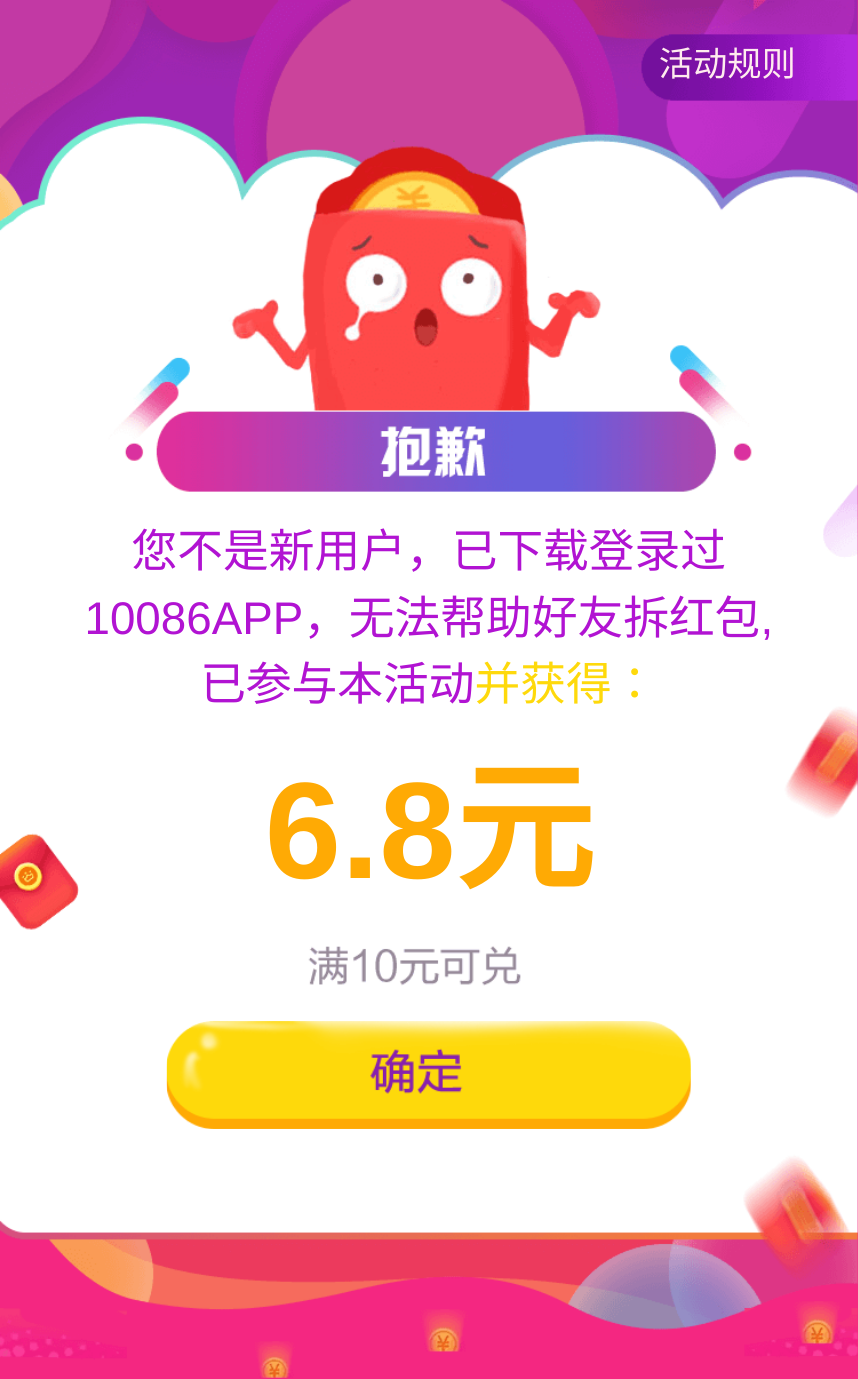
Repository: wangbiaozy/hb
Page: index_fail.html
An editor plug-in stored every save of this project. The page is shown before and after the next save, followed by the edit.
The browser window is 1280 px wide. The pictures show the whole page, at 67% of full size.

Above is the page before, as saved 2018-08-17 11:11:41.

### index_fail.html
<!DOCTYPE html>
<html lang="en">
<head>
        <meta charset="UTF-8">
        <meta name="viewport" content="width=device-width, initial-scale=1.0, maximum-scale=1.0, minimum-scale=1.0, user-scalable=no">
        <meta http-equiv="X-UA-Compatible" content="ie=edge">
        <title>Document</title>
        <link rel="stylesheet" href="css/reset.min.css">
        <link rel="stylesheet/less" href="css/styles_2.less">
        <script src="js/less-1.7.0.min.js"></script>
</head>
<body>
    <section class="main">
        <a id="rule_btn" href="javascript:void(0)">活动规则</a>
        <p>您不是新用户，已下载登录过10086APP，无法帮助好友拆红包,已参与本活动<span>并获得：</span></p>
        <h2><span>6.8</span>元</h2>
        <a href=""></a>
    </section>


    <!-- 活动规则弹窗 -->
    <section class="rule">
        <a href="javascript:void(0)"></a>
        <ul>
            <li>1.活动期间，用户通过10086App开屏页，首页轮播图进入活动，领取10元的话费红包。自己可拆开随机金，剩余金额需分享并邀请好友帮忙拆开，每位可帮忙拆开随机金额，全部拆完即可兑换话费。</li>
            <li>2.邀请拆 红包的好友需为新注册10086App的用户，好友在活动页面输入邀请人的邀请码才能成功帮好友拆开红包，好友帮助拆开红包后同时可获得一个话费红包。</li>
            <li>3.用户需在当前红包全部拆完后，才可开启下一个红包。</li>
            <li>4.活动期间一经发现违规等恶意操作等作弊行为将取消获奖资格。</li>
            <li>5.活动期间，用户需持续下载并的登陆110086App，否则话费奖品无法发放。</li>
        </ul>
        <a href="javascript:void(0)"></a>
    </section>
    <!-- 遮罩层 -->
    <section class="mask" id="mask"></section>
</body>
</html>
<script src="js/jquery-1.10.1.min.js"></script>
<script src="js/index.js"></script>

### css/reset.min.css
@charset "utf-8";
/*默认样式清除和初始化*/
body,h1,h2,h3,h4,h5,h6,hr,p,blockquote,dl,dt,dd,ul,ol,li,button,input,textarea,th,td{margin:0;padding:0}body{font-size:12px;font-style:normal;font-family:"\5FAE\8F6F\96C5\9ED1",Helvetica,sans-serif}small{font-size:12px}h1{font-size:18px}h2{font-size:16px}h3{font-size:14px}h4,h5,h6{font-size:100%}ul,ol{list-style:none}a{text-decoration:none;background-color:transparent}a:hover,a:active{outline-width:0;text-decoration:none}table{border-collapse:collapse;border-spacing:0}hr{border:0;height:1px}img{border-style:none}img:not([src]){display:none}svg:not(:root){overflow:hidden}html{-webkit-touch-callout:none;-webkit-text-size-adjust:100%}input,textarea,button,a{-webkit-tap-highlight-color:rgba(0,0,0,0)}article,aside,details,figcaption,figure,footer,header,main,menu,nav,section,summary{display:block}audio,canvas,progress,video{display:inline-block}audio:not([controls]),video:not([controls]){display:none;height:0}progress{vertical-align:baseline}mark{background-color:#ff0;color:#000}sub,sup{position:relative;font-size:75%;line-height:0;vertical-align:baseline}sub{bottom:-0.25em}sup{top:-0.5em}button,input,select,textarea{font-size:100%;outline:0}button,input{overflow:visible}button,select{text-transform:none}textarea{overflow:auto}button,html [type="button"],[type="reset"],[type="submit"]{-webkit-appearance:button}button::-moz-focus-inner,[type="button"]::-moz-focus-inner,[type="reset"]::-moz-focus-inner,[type="submit"]::-moz-focus-inner{border-style:none;padding:0}button:-moz-focusring,[type="button"]:-moz-focusring,[type="reset"]:-moz-focusring,[type="submit"]:-moz-focusring{outline:1px dotted ButtonText}[type="checkbox"],[type="radio"]{box-sizing:border-box;padding:0}[type="number"]::-webkit-inner-spin-button,[type="number"]::-webkit-outer-spin-button{height:auto}[type="search"]{-webkit-appearance:textfield;outline-offset:-2px}[type="search"]::-webkit-search-cancel-button,[type="search"]::-webkit-search-decoration{-webkit-appearance:none}::-webkit-input-placeholder{color:inherit;opacity:.54}::-webkit-file-upload-button{-webkit-appearance:button;font:inherit}.clear:after{display:block;height:0;content:"";clear:both}
*{ -webkit-tap-highlight-color: rgba(0,0,0,0);-webkit-tap-highlight-color: transparent; /* For some Androids */ }

### js/index.js
(function (doc, win) {
    var docEl = doc.documentElement,
        resizeEvt = 'orientationchange' in window ? 'orientationchange' : 'resize',
        recalc = function () {
            var clientWidth = docEl.clientWidth;
            if (!clientWidth) return;
            docEl.style.fontSize = 100 * (clientWidth / 750) + 'px';
        };
    if (!doc.addEventListener) return;
    win.addEventListener(resizeEvt, recalc, false);
    doc.addEventListener('DOMContentLoaded', recalc, false);
})(document, window);
$(function () {

    //显示非中奖页背景
    function showFirstPageBg(){
        $('.main').removeClass('result');
    }
    //显示中奖页背景
    function showResultPageBg(){
        $('.main').addClass('result');
    }
    //显示活动规则弹窗
    $('#rule_btn').on('click',function(){
        $('.rule').show();
        showMask();
    });
    //关闭活动规则弹窗
    function hideRuleModel(){
        $('.rule').hide();
        hideMask();
    }
    $('.rule').on('click','a',function(){
        hideRuleModel();
    });
    //首页赚钱攻略按钮
    $('#gl_btn').on('click',function(){
        $('.gl').show();
        showMask();
    })
    //首页抽红包按钮
    $('#cj').on('click',function(){
        //奖品金额随机数
        var num = (Math.random()*9+1).toFixed(2);
        $('#moneyText').text(num);
        $('.result').show();
        $('.f_page').hide();
        showResultPageBg();
    });

    //获奖页获奖名单滚动
    var listPanel = $('#J_Activity ul');
    var z = 0;
    function up() {
        listPanel.animate({
            'top': (z - .8) + 'rem'
        }, 1500, 'linear', function () {
            listPanel.css({'top': '0px'}).find("li:first").appendTo(listPanel);
            up();
        });
    }
    up();

    //获取验证码
    function getCodeStyle(btnId) {//btnId->jQ
        var orderTime = 60,
            timeLeft = orderTime,
            btn = btnId;
        function timeCount(){
            timeLeft-=1;
            if (timeLeft>0){
                btn.val(timeLeft+"s重新获取");
                setTimeout(timeCount,1000);
                btn.css({
                    background: '#a2a2a2',
                    color: '#ffffff'
                });
            }
            else {
                btn.val("获取验证码");
                btn.css({
                    background: '#76ca08',
                    color: '#ffffff'
                });
                timeLeft = orderTime;
                btn.removeAttr("disabled");
            }
        }
        btn.on('click', function () {
            $(this).attr("disabled",true);
            timeCount();
        });
    }
    getCodeStyle($('#codeBtn'));

    $('#helpBtn').on('click',function(){
        $('.login').show();
        showMask();
    });

    //显示弹窗
    function showModel(){
        $('.model').show();
        showMask();
    }

    //关闭弹窗
    $('.close').on('click',function(){
        $(this).parent().parent().hide();
        hideMask();
    });
    //显示遮罩层
    function showMask(){
        $("#mask").css("height",$(document).height());
        $("#mask").css("width",$(document).width());
        $("#mask").show();
        $('body').css('position','fixed');
    }
    //隐藏遮罩层
    function hideMask(){
        $("#mask").hide();
        $('body').css('position','unset');
    }
});

Loaded but not shown: js/less-1.7.0.min.js (library); js/jquery-1.10.1.min.js (library)

After the next save:
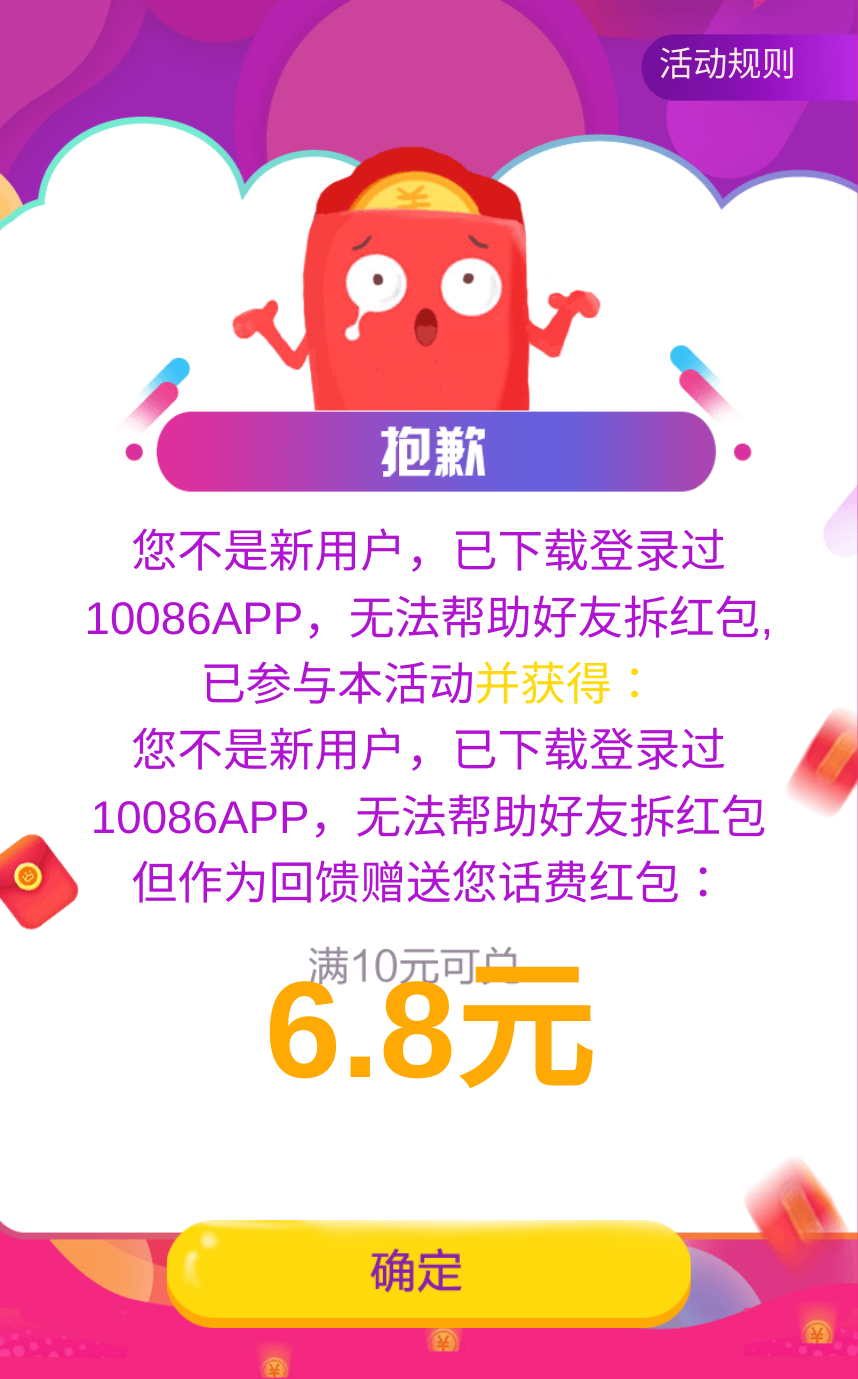
Saved 74 s later.
--- a/index_fail.html
+++ b/index_fail.html
@@ -13,6 +13,7 @@
     <section class="main">
         <a id="rule_btn" href="javascript:void(0)">活动规则</a>
         <p>您不是新用户，已下载登录过10086APP，无法帮助好友拆红包,已参与本活动<span>并获得：</span></p>
+        <p>您不是新用户，已下载登录过10086APP，无法帮助好友拆红包但作为回馈赠送您话费红包：</p>
         <h2><span>6.8</span>元</h2>
         <a href=""></a>
     </section>
